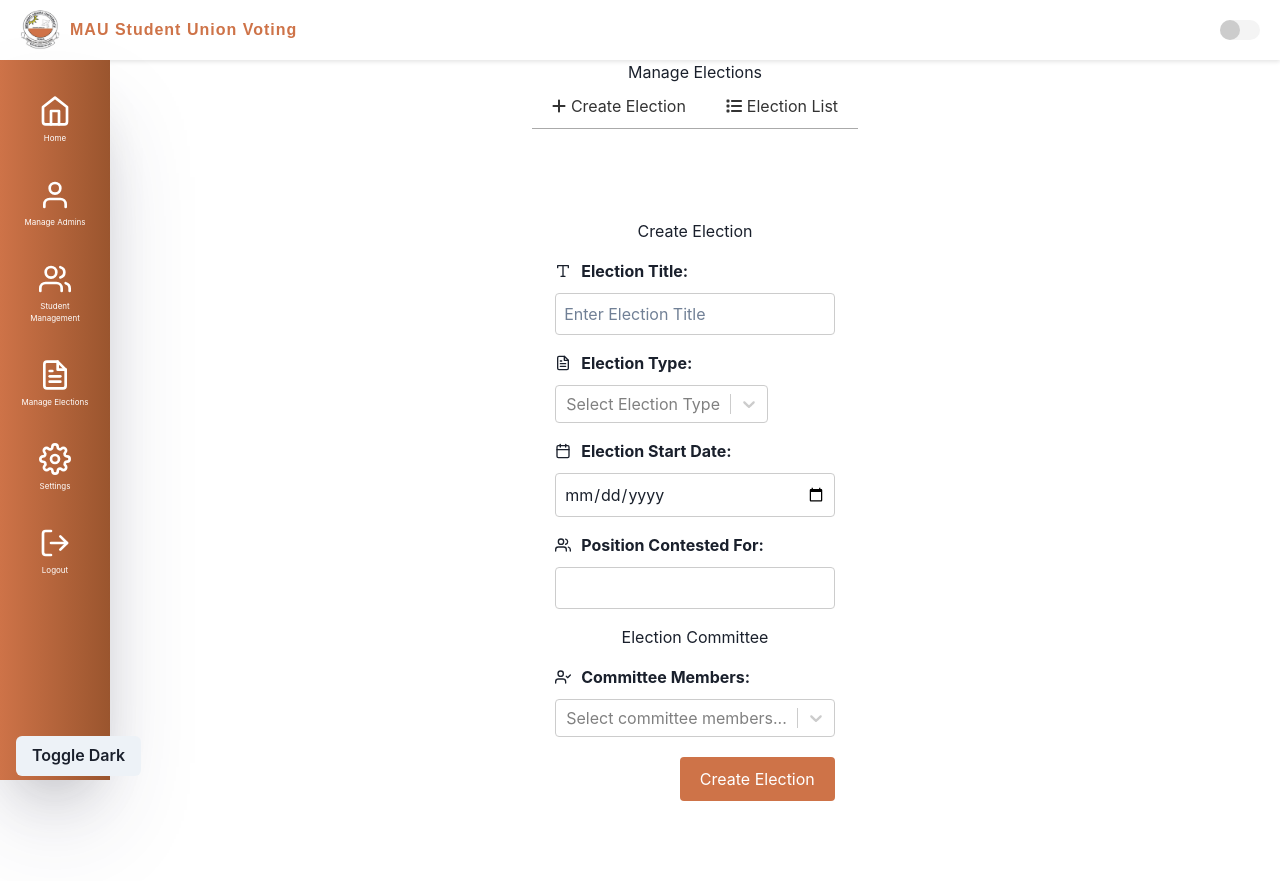
Repository: joena1o/e-vote
Page: /admin-dashboard/manage-elections
The author's editor kept a copy of each file at every save. The page is drawn from the files as they stood at one save, then again after the next save.
The browser window is 1280 px wide. The pictures show the whole page.
The project was rebuilt for these pictures with package versions that can differ from the ones it lists, and the page was loaded fresh each time. Also part of the build but not shown: src/components/EnhancedLogin.js, src/components/maincontent/RegisterStudents/ManageStudents.js, src/components/maincontent/RegisterStudents/RegisterStudents.js, src/components/maincontent/RegisterStudents/StudentManagement.js, src/components/maincontent/ElectionResults/ViewResults.js, src/components/maincontent/Settings/Settings.js, src/api/index.js, src/components/maincontent/home/Home.styles.js and 5 more.

Above is the page before, as saved 2023-10-20 12:58:01.

### src/App.js
import React from 'react';
import { BrowserRouter as Router, Routes, Route, Navigate } from 'react-router-dom';
import EnhancedLogin from './components/EnhancedLogin';
import AdminDashboard from './components/AdminDashboard';
import { ChakraProvider, ColorModeProvider, Button, useColorMode } from '@chakra-ui/react';
import { Provider } from 'react-redux';
import store from './Redux/store';

// Component to toggle dark mode
function DarkModeToggle() {
  const { colorMode, toggleColorMode } = useColorMode();
  return (
    <Button onClick={toggleColorMode} position="fixed" m={4} zIndex={10}>
      Toggle {colorMode === 'light' ? 'Dark' : 'Light'}
    </Button>
  );
}

function App() {
  // Check if the current route is not the "/login" route, then render the DarkModeToggle
  const isLoginPage = window.location.pathname === '/login';

  return (
    <Provider store={store}>
      <ChakraProvider>
        <ColorModeProvider options={{ useSystemColorMode: true }}>
          <Router>
            <Routes>
              {/* Define your routes */}
              <Route path="/login" element={<EnhancedLogin />} />
              <Route path="/admin-dashboard/*" element={<AdminDashboard />} />
              {/* Redirect root to /admin-dashboard */}
              <Route path="/" element={<Navigate to="/admin-dashboard" replace />} />
            </Routes>
          </Router>
          {/* Render DarkModeToggle only if not on the "/login" page */}
          {!isLoginPage && <DarkModeToggle />}
        </ColorModeProvider>
      </ChakraProvider>
    </Provider>
  );
}

export default App;

### src/components/AdminDashboard.js
// AdminDashboard.js
import React from 'react';
import { Routes, Route } from 'react-router-dom';
import StudentManagement from './maincontent/RegisterStudents/StudentManagement';
import ViewResults from './maincontent/ElectionResults/ViewResults';
import Settings from './maincontent/Settings/Settings';
import Home from './maincontent/home/Home';
import ManageAdmin from './maincontent/ManageAdmins/ManageAdmins';
import ManageElections from './maincontent/ManageElections/ManageElections';
import Sidebar from './Sidebar';
import Navbar from './Navbar';
import styled from 'styled-components';

const Container = styled.div`
  display: flex;
  flex-direction: column;
  /* Add the following line to ensure Container fills the screen height */
  height: 100vh;
  width: 100%; /* Use 100% to fill the entire width of the screen */
`;


const Content = styled.div`
  display: flex;
  /* Add the following line to ensure Content fills the remaining screen space */
  flex: 1;
`;

const AdminDashboard = () => {
  return (
    <Container>
      <Navbar />
      <Content>
        <Sidebar />
        <Routes>
          <Route index element={<Home />} />
          <Route path="student-management" element={<StudentManagement />} />
          <Route path="view-results" element={<ViewResults />} />
          <Route path="settings" element={<Settings />} />
          <Route path="manage-admin" element={<ManageAdmin />} />
          <Route path="manage-elections" element={<ManageElections />} />
        </Routes>
      </Content>
    </Container>
  );
};

export default AdminDashboard;

### src/Redux/store.js
import { configureStore } from '@reduxjs/toolkit';
import electionReducer from './electionSlice';
import studentsReducer from './studentsSlice'; // Assuming you have a studentsSlice

const store = configureStore({
  reducer: {
    elections: electionReducer,
    students: studentsReducer, // Add the students reducer here
  },
});

export default store;

### src/components/maincontent/ManageElections/ManageElections.js
import React, { useState } from 'react';
import { Tab, TabList, TabPanel, Tabs } from 'react-tabs';
import 'react-tabs/style/react-tabs.css'; // Import styles for react-tabs
import styled from 'styled-components';
import CreateElections from './CreateElection';
import ElectionList from './ElectionList';
import { FontAwesomeIcon } from '@fortawesome/react-fontawesome';
import { faPlus, faList } from '@fortawesome/free-solid-svg-icons'; // Import Font Awesome icons

const FullHeightContainer = styled.div`
  height: 100%;
  display: flex;
  flex-direction: column;
  justify-content: flex-start;
  align-items: center;
  width: 100%;
`;

const TabsContainer = styled.div`
  text-align: center;
  width: 100%;
  max-width: 1200px;
  flex: 1;
  display: flex;
  flex-direction: column;
  align-items: center;
`;

const StyledTab = styled(Tab)`
  padding: 10px 20px;
  color: #333;
  cursor: pointer;
  margin: 0;
  display: flex;
  align-items: center;
  justify-content: center;
  transition: background-color 0.2s ease-in-out;

  &:hover {
    background-color: #e0e0e0;
  }

  &.react-tabs__tab--selected {
    background-color: #fff;
    border: none; /* Remove the border */
    border-radius: 5px 5px 0 0;
  }
`;

const IconWrapper = styled.div`
  margin-right: 5px;
`;

const ManageElections = () => {
  const [activeTab, setActiveTab] = useState(0);

  const handleTabChange = (index) => {
    setActiveTab(index);
  };

  return (
    <FullHeightContainer>
      <h1>Manage Elections</h1>
      <TabsContainer>
        <Tabs selectedIndex={activeTab} onSelect={handleTabChange}>
          <TabList style={{ display: 'flex', justifyContent: 'center' }}>
            <StyledTab>
              <IconWrapper>
                <FontAwesomeIcon icon={faPlus} />
              </IconWrapper>
              Create Election
            </StyledTab>
            <StyledTab>
              <IconWrapper>
                <FontAwesomeIcon icon={faList} />
              </IconWrapper>
              Election List
            </StyledTab>
          </TabList>
        </Tabs>
        <Tabs selectedIndex={activeTab} onSelect={handleTabChange}>
          <TabPanel>
            <CreateElections />
          </TabPanel>
          <TabPanel>
            <ElectionList />
          </TabPanel>
        </Tabs>
      </TabsContainer>
    </FullHeightContainer>
  );
};

export default ManageElections;

### src/components/Sidebar.js
import React from 'react';
import styled from 'styled-components';
import { Link } from 'react-router-dom';
import { FiHome, FiUser, FiUsers, FiFileText, FiSettings, FiLogOut } from 'react-icons/fi';
import { useColorMode } from '@chakra-ui/react';

const SidebarContainer = styled.nav`
  background: ${props => (props.theme === 'dark' ? '#333' : 'linear-gradient(to right, #ce7348, #9a552e)')};
  padding: 15px;
  height: 100vh;
  color: #fff;
  box-shadow: rgba(50, 50, 93, 0.25) 0px 50px 100px -20px, rgba(0, 0, 0, 0.3) 0px 30px 60px -30px;
  display: flex;
  flex-direction: column;
`;

const LinkList = styled.ul`
  list-style-type: none;
  padding: 0;
  flex: 1;
`;

const StyledLink = styled(Link)`
  text-decoration: none;
  color: #fff;
  display: flex;
  flex-direction: column;
  align-items: center;
  transition: color 0.3s ease;
  margin-bottom: 15px;
  cursor: pointer;
  font-size: 0.5rem;

  &:hover {
    color: #fce364;
  }

  width: 80px;
  text-align: center;
  word-wrap: break-word;
  overflow-wrap: break-word;

  @media (max-width: 768px) {
    font-size: 0.4rem;
  }

  @media (max-width: 480px) {
    font-size: 0.3rem;
  }
`;

const LinkItem = styled.li`
  display: flex;
  align-items: center;
  margin-top: 20px;
`;

const Icon = styled.div`
  font-size: 2rem;
  color: #fff;

  @media (max-width: 768px) {
    font-size: 0.9rem;
  }

  @media (max-width: 480px) {
    font-size: 0.8rem;
  }

  margin-bottom: 5px;

  ${StyledLink}:hover & {
    color: #fce364;  // Change icon color when the link is hovered
  }
`;

function Sidebar() {
  const { colorMode } = useColorMode();

  return (
    <SidebarContainer theme={colorMode}>
      <LinkList>
        <LinkItem>
          <StyledLink to="/admin-dashboard">
            <Icon><FiHome /></Icon>
            Home
          </StyledLink>
        </LinkItem>
        <LinkItem>
          <StyledLink to="/admin-dashboard/manage-admin">
            <Icon><FiUser /></Icon>
            Manage Admins
          </StyledLink>
        </LinkItem>
        <LinkItem>
          <StyledLink to="/admin-dashboard/student-management">
            <Icon><FiUsers /></Icon>
            Student Management
          </StyledLink>
        </LinkItem>
        <LinkItem>
          <StyledLink to="/admin-dashboard/manage-elections">
            <Icon><FiFileText /></Icon>
            Manage Elections
          </StyledLink>
        </LinkItem>
        <LinkItem>
          <StyledLink to="/admin-dashboard/settings">
            <Icon><FiSettings /></Icon>
            Settings
          </StyledLink>
        </LinkItem>
        <LinkItem>
          <StyledLink to="/logout">
            <Icon><FiLogOut /></Icon>
            Logout
          </StyledLink>
        </LinkItem>
      </LinkList>
    </SidebarContainer>
  );
}

export default Sidebar;

### src/components/Navbar.js
import React from 'react';
import styled, { createGlobalStyle } from 'styled-components';
import logo from '../assets/school_logo.jpg';
import { useColorMode } from '@chakra-ui/react';

const GlobalStyle = createGlobalStyle`
  body {
    background-color: ${props => (props.theme === 'dark' ? '#333' : '#fff')};
    color: ${props => (props.theme === 'dark' ? '#fff' : '#000')}; // Set other component texts to black in light mode
  }
`;

const Header = styled.header`
  background: ${props => (props.theme === 'dark' ? '#333' : '#fff')};
  color: ${props => (props.theme === 'dark' ? '#fff' : '#ce7348')}; // Set navbar text to brown in light mode
  padding: 10px 20px;
  display: flex;
  align-items: center;
  justify-content: flex-start;
  box-shadow: 0px 2px 4px rgba(0, 0, 0, 0.1);
  font-family: 'Poppins', sans-serif;
`;


const Logo = styled.img`
  width: 40px;
  height: 40px;
  border-radius: 20px;
  margin-right: 10px;
`;

const Title = styled.h1`
  margin: 0;
  padding: 0;
  font-size: 1rem;
  font-weight: 600;
  letter-spacing: 1px;
`;

const ToggleSlider = styled.label`
  display: flex;
  align-items: center;
  cursor: pointer;
  margin-left: auto;
`;

const SliderInput = styled.input.attrs({ type: 'checkbox' })`
  display: none;
`;

const Slider = styled.div`
  width: 40px;
  height: 20px;
  background-color: ${props => (props.theme === 'dark' ? '#333' : '#f4f4f4')};
  border-radius: 20px;
  position: relative;
  transition: background-color 0.3s ease;
  cursor: pointer;

  &::after {
    content: '';
    width: 20px;
    height: 20px;
    border-radius: 50%;
    background-color: ${props => (props.theme === 'dark' ? '#fff' : '#ccc')};
    position: absolute;
    top: 50%;
    transform: translateY(-50%);
    left: ${props => (props.theme === 'dark' ? '20px' : '0')};
    transition: left 0.3s ease;
  }
`;

function Navbar() {
  const { colorMode, toggleColorMode } = useColorMode();

  return (
    <>
      <GlobalStyle theme={colorMode} />
      <Header theme={colorMode}>
        <Logo src={logo} alt="University Logo" />
        <Title>MAU Student Union Voting</Title>
        <ToggleSlider>
          <SliderInput type="checkbox" onChange={toggleColorMode} />
          <Slider theme={colorMode} />
        </ToggleSlider>
      </Header>
    </>
  );
}

export default Navbar;

### src/Redux/electionSlice.js
/*import { createSlice, createAsyncThunk } from '@reduxjs/toolkit';
import { API, graphqlOperation } from 'aws-amplify';
import { createElection as createElectionAPI } from '../graphql/mutations';

export const createElection = createAsyncThunk(
  'elections/createElection',
  async (election, { rejectWithValue }) => {
    try {
      const result = await API.graphql(graphqlOperation(createElectionAPI, { input: election }));
      return result.data.createElection;
    } catch (error) {
      return rejectWithValue(error);
    }
  }
);

const electionSlice = createSlice({
  name: 'elections',
  initialState: [],
  reducers: {},
  extraReducers: (builder) => {
    builder.addCase(createElection.fulfilled, (state, action) => {
      state.push(action.payload);
    });
  },
});

export default electionSlice.reducer;
*/

### src/Redux/studentsSlice.js
import { createSlice } from '@reduxjs/toolkit';

export const studentsSlice = createSlice({
  name: 'students',
  initialState: [],
  reducers: {
    addStudents: (state, action) => {
      // Add students to the Redux store
      action.payload.forEach(student => {
        state.push(student);
      });
    },
  },
});

export const { addStudents } = studentsSlice.actions;

export default studentsSlice.reducer;

### src/components/maincontent/ManageElections/CreateElection.js
import React, { useState } from 'react';
import styled from 'styled-components';
import Select from 'react-select';
import { FiCalendar, FiUsers, FiFileText, FiUserCheck, FiClipboard, FiType } from 'react-icons/fi';

const Form = styled.form`
  background: rgba(255,255,255,0.3);
  padding: 3em;
  border-radius: 0;
  backdrop-filter: blur(10px);
  max-width: 600px;
  margin: 2em auto;
`;

const FormField = styled.div`
  display: flex;
  flex-direction: column;
  margin: 1em 0;
  align-items: start;
`;

const FormLabel = styled.label`
  font-weight: bold;
  margin-bottom: 10px;
  display: flex;
  align-items: center;
  gap: 10px;
`;

const FormInput = styled.input`
  width: 100%;
  padding: 0.5rem;
  border: 1px solid #ccc;
  border-radius: 4px;
  font-size: 1rem;
`;

const SubmitButton = styled.button`
  margin-top: 20px;
  padding: 10px 20px;
  background-color: #ce7348;
  border: none;
  border-radius: 4px;
  font-size: 1rem;
  color: white;
  cursor: pointer;
  display: block;
  margin-left: auto;
`;

const CreateElection = () => {
  const [electionType, setElectionType] = useState('');
  const [selectedCommittee, setSelectedCommittee] = useState([]);

  const students = [
    { value: 'john.doe@example.com', label: 'John Doe' },
    { value: 'jane.smith@example.com', label: 'Jane Smith' },
    // Add more students as required
  ];


const electionTypeOptions = [
  { value: 'general', label: 'General' },
  { value: 'faculty', label: 'Faculty' },
  { value: 'department', label: 'Department' }
];

return (
  <Form>
    <h2>Create Election</h2>

    <FormField>
      <FormLabel htmlFor="electionTitle">
        <FiType />
        Election Title:
      </FormLabel>
      <FormInput id="electionTitle" name="electionTitle" type="text" placeholder="Enter Election Title" />
    </FormField>

    <FormField>
      <FormLabel htmlFor="electionType">
        <FiFileText />
        Election Type:
      </FormLabel>
      <Select
          id="electionType"
          options={electionTypeOptions}
          onChange={(option) => setElectionType(option.value)}
          placeholder="Select Election Type"
      />
    </FormField>

    {(electionType === 'faculty' || electionType === 'department') && (
      <FormField>
        <FormLabel htmlFor="name">
          <FiClipboard />
          {electionType.charAt(0).toUpperCase() + electionType.slice(1)} Name:
        </FormLabel>
        <FormInput id="name" name="name" type="text" />
      </FormField>
    )}

<FormField>
        <FormLabel htmlFor="startDate">
          <FiCalendar />
          Election Start Date:
        </FormLabel>
        <FormInput id="startDate" name="startDate" type="date" />
      </FormField>

    <FormField>
      <FormLabel htmlFor="position">
        <FiUsers />
        Position Contested For:
      </FormLabel>
      <FormInput id="position" name="position" type="text" />
    </FormField>

    <h3>Election Committee</h3>
    <FormField>
      <FormLabel>
        <FiUserCheck />
        Committee Members:
      </FormLabel>
      <Select
        isMulti
        options={students}
        onChange={setSelectedCommittee}
        placeholder="Select committee members..."
      />
    </FormField>

    <SubmitButton>Create Election</SubmitButton>
  </Form>
);
};

export default CreateElection;

Loaded but not shown: public/index.html (common file); src/index.js (common file); src/index.css (common file); src/reportWebVitals.js (common file)

After the next save:
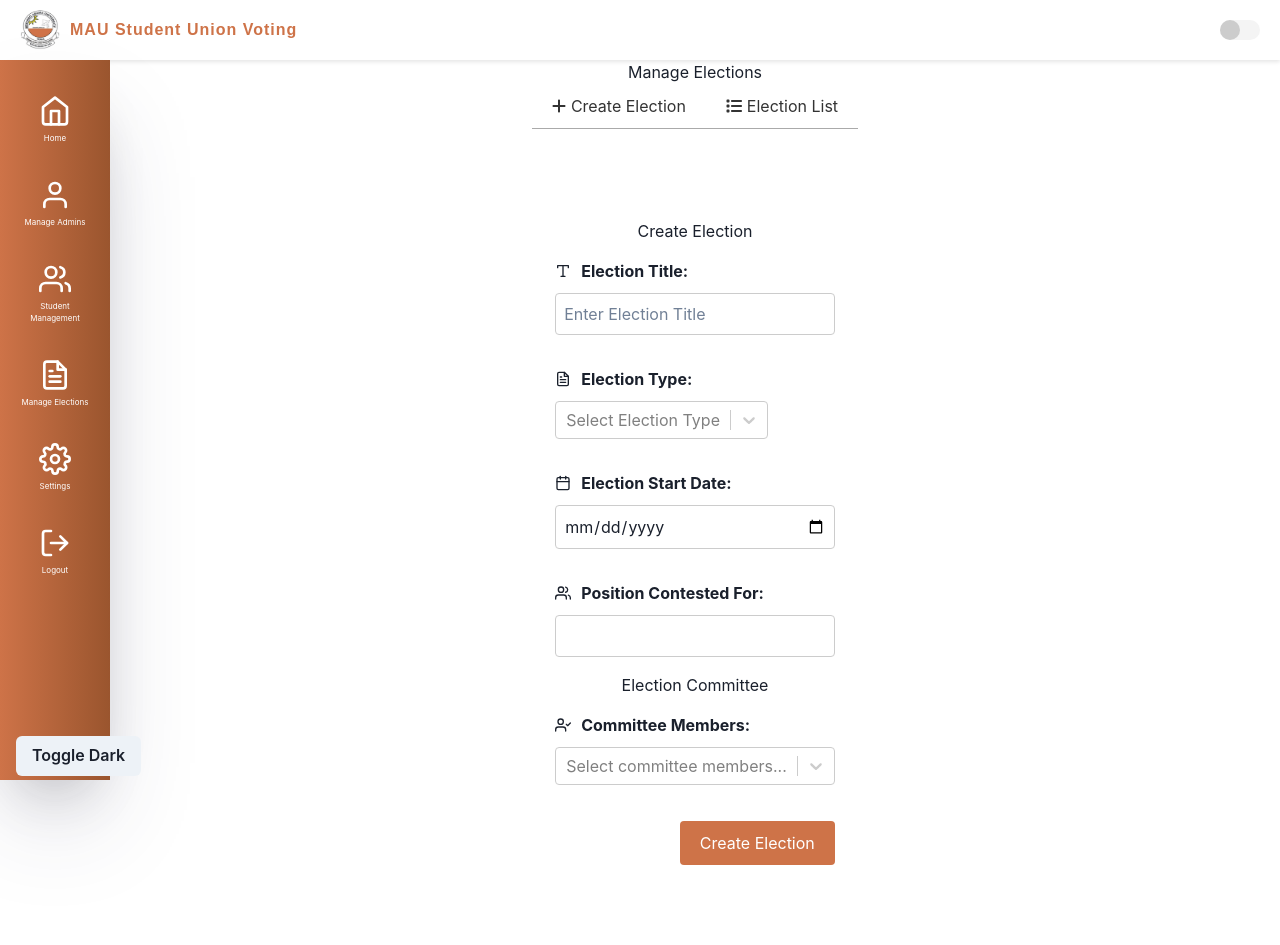
Saved 3 min 17 s later.
--- a/src/components/maincontent/ManageElections/CreateElection.js
+++ b/src/components/maincontent/ManageElections/CreateElection.js
@@ -10,6 +10,9 @@ const Form = styled.form`
   backdrop-filter: blur(10px);
   max-width: 600px;
   margin: 2em auto;
+  display: flex;             // Set the form to display as flex
+  flex-direction: column;    // Arrange the fields in a column
+  align-items: center;       // Center align items
 `;
 
 const FormField = styled.div`
@@ -17,6 +20,7 @@ const FormField = styled.div`
   flex-direction: column;
   margin: 1em 0;
   align-items: start;
+  width: 100%;               // Take full width of the form
 `;
 
 const FormLabel = styled.label`
